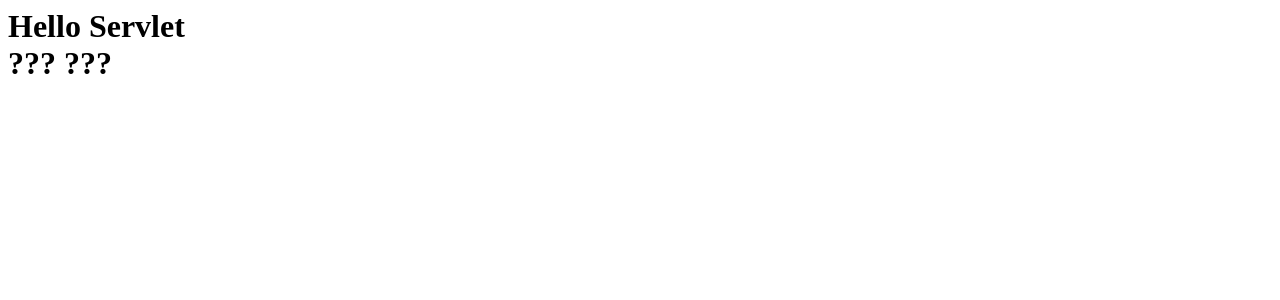
Repository: sinaboro/Jsp_202403
Page: http://localhost/web-study-02/hello
An editor plug-in stored every save of this project. The page is shown before and after the next save, followed by the edit.
The browser window is 1280 px wide. The pictures show the whole page.
The page is served by Tomcat 9. Other server files are loaded and not shown.

Above is the page before, as saved 2024-02-28 03:04:00.

### web-study-02/src/main/java/unit01/HelloServlet.java
package unit01;

import java.io.IOException;
import java.io.PrintWriter;

import javax.servlet.ServletException;
import javax.servlet.annotation.WebServlet;
import javax.servlet.http.HttpServlet;
import javax.servlet.http.HttpServletRequest;
import javax.servlet.http.HttpServletResponse;

@WebServlet("/hello")
public class HelloServlet extends HttpServlet {
	private static final long serialVersionUID = 1L;

	protected void doGet(HttpServletRequest request, HttpServletResponse response) throws ServletException, IOException {

		response.setContentType("text/html");

		PrintWriter out =  response.getWriter();
		out.println("<html><body><h1>");
		out.println("Hello Servlet<br>");
		out.println("헬로우 서블릿<br>");
		out.println("</h1></body></html>");
	}

	protected void doPost(HttpServletRequest request, HttpServletResponse response) throws ServletException, IOException {
		doGet(request, response);
	}

}

After the next save:
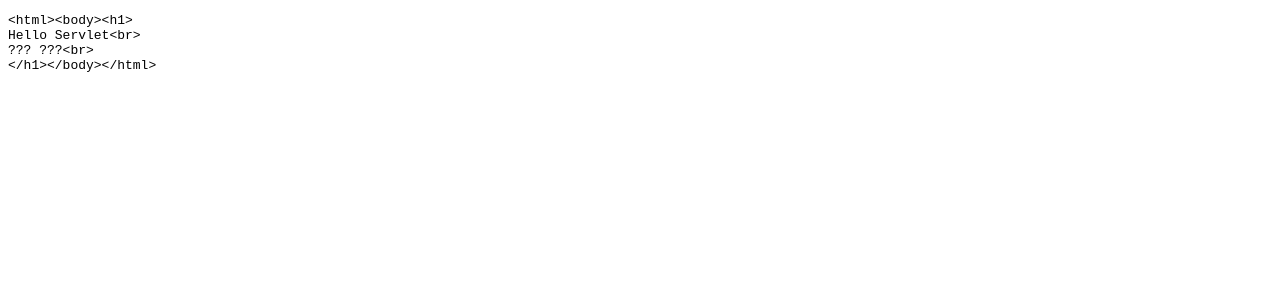
Saved 3 min 29 s later.
--- a/web-study-02/src/main/java/unit01/HelloServlet.java
+++ b/web-study-02/src/main/java/unit01/HelloServlet.java
@@ -15,7 +15,8 @@
 
 	protected void doGet(HttpServletRequest request, HttpServletResponse response) throws ServletException, IOException {
 
-		response.setContentType("text/html");
+//		response.setContentType("text/html");
+		response.setContentType("text/plain");
 
 		PrintWriter out =  response.getWriter();
 		out.println("<html><body><h1>");

After the save that followed:
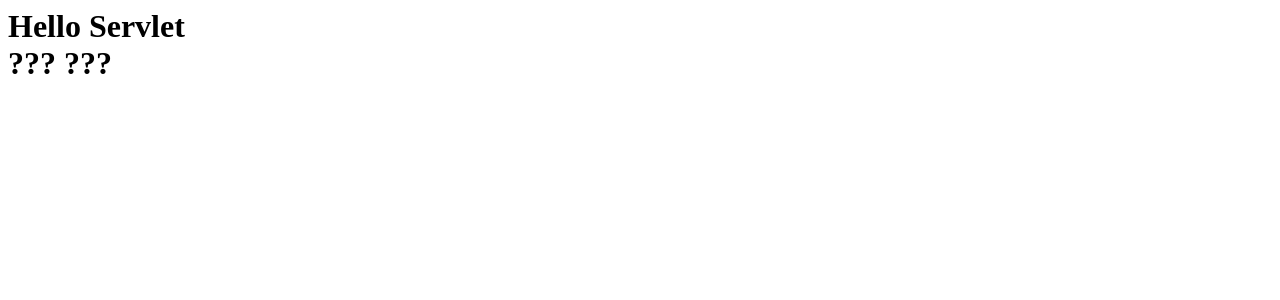
Saved 59 s later.
--- a/web-study-02/src/main/java/unit01/HelloServlet.java
+++ b/web-study-02/src/main/java/unit01/HelloServlet.java
@@ -15,8 +15,8 @@
 
 	protected void doGet(HttpServletRequest request, HttpServletResponse response) throws ServletException, IOException {
 
-//		response.setContentType("text/html");
-		response.setContentType("text/plain");
+		response.setContentType("text/html");
+//		response.setContentType("text/plain");
 
 		PrintWriter out =  response.getWriter();
 		out.println("<html><body><h1>");
